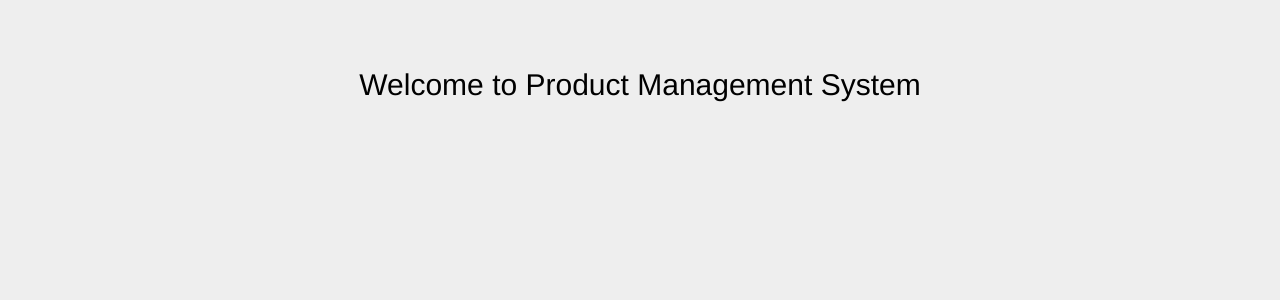
Repository: krutishilp/Sample
Page: http://localhost/productmanagement-webapp/
These files come from the project's save history. The page is drawn as it stood at one moment and after the next save; the edit follows.
The browser window is 1280 px wide. The pictures show the whole page.
The page is served by Tomcat 9.

Above is the page before, as saved 2020-09-04 15:14:11.

After the next save:
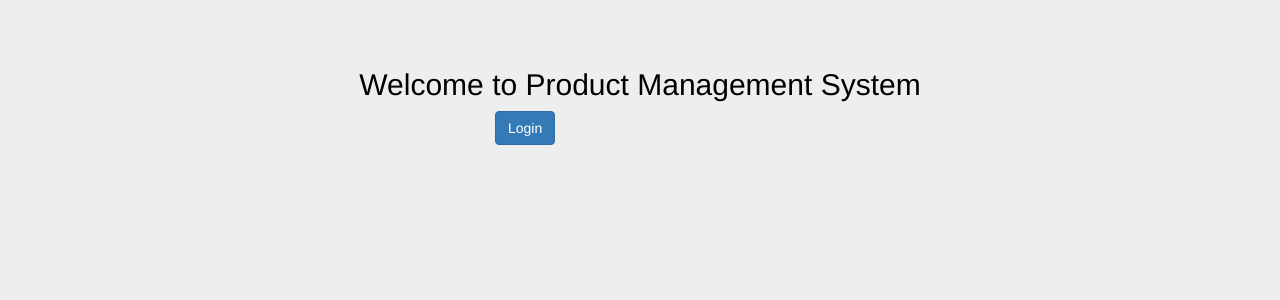
Saved 33 s later.
--- a/JAVA-Eclipse-workspace/productmanagement-webapp/src/main/webapp/index.jsp
+++ b/JAVA-Eclipse-workspace/productmanagement-webapp/src/main/webapp/index.jsp
@@ -19,7 +19,7 @@
 	<h2>Welcome to Product Management System</h2>
 	<div class="container text-left">
 
-	<a href="login.jsp"></a>
+	<a href="login.jsp" class="btn btn-primary">Login</a>
 
 	</div>
 </body>
